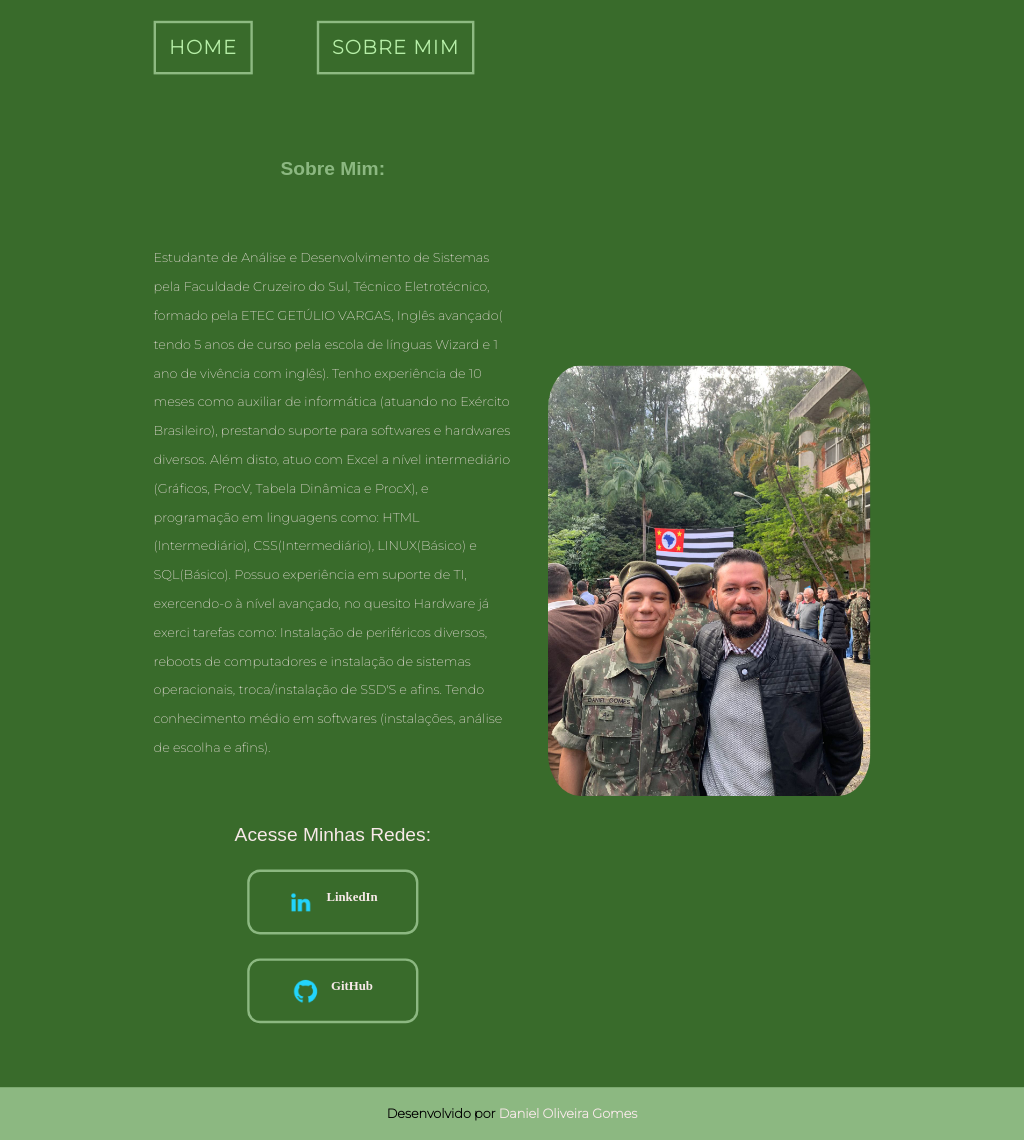
Repository: DamnDTX/Portfolio-Daniel-Oliveira-1
Page: about.html
The author's editor kept a copy of each file at every save. The page is drawn from the files as they stood at one save, then again after the next save.
The browser window is 1280 px wide. The pictures show the whole page, at 80% of full size.
Some web fonts or font styles are not loaded; a fallback is used.

Above is the page before, as saved 2023-07-24 17:25:40.

### about.html
<!DOCTYPE html>
<html lang="pt-br">
<head>
    <meta charset="UTF-8">
    <meta name="viewport" content="width=device-width, initial-scale=1.0">
    <title>Sobre Mim</title>
    <link rel="stylesheet" href="./styles/about.css">
    <!--Há duas formas de nós conseguirmos linkar o nosso arquivos css, a primeira forma nós já sabemos, que é utilizando o elemento link, mas podemos fazer de outra forma, que é escrevendo "link:" e puxar o caminho do css, prefiro a primeira forma, já que a velocidade de ação é a mesma-->
</head>
<body>
<header>
    <header class="cabecalho">
        <nav class="cabecalho__menu">
            <a class="cabecalho__menu__link" href="index.html">Home</a>
            <a class="cabecalho__menu__link" href="about.html">Sobre Mim</a>
        </nav>
</header>
<!--Copiamos o header da outra página html, temos que ver que tem coisas que queremos que continue igual, igual
    o header e as estilizações (posicionamento e afins, quando for assim, copiamos as propriedades da mesma forma
    , alterando só quando necessário)
-->
<main class="principal">
    <section class="principal__conteudo">
        <h1 class="principal__conteudo__titulo">
   <strong>Sobre Mim:</strong>
        </h1>

        <h4 class="principal__conteudo__apresentacao">
            Estudante de Análise e Desenvolvimento de Sistemas pela Faculdade Cruzeiro do Sul, Técnico Eletrotécnico, formado pela ETEC GETÚLIO VARGAS, Inglês avançado( tendo 5 anos de curso pela escola de línguas Wizard e 1 ano de vivência com inglês). Tenho experiência de 10 meses como auxiliar de informática (atuando no Exército Brasileiro), prestando suporte para softwares e hardwares diversos. Além disto, atuo com Excel a nível intermediário (Gráficos, ProcV, Tabela Dinâmica e ProcX), e programação em linguagens como: HTML (Intermediário), CSS(Intermediário), LINUX(Básico) e SQL(Básico). Possuo experiência em suporte de TI, exercendo-o à nível avançado, no quesito Hardware já exerci tarefas como: Instalação de periféricos diversos, reboots de computadores e instalação de sistemas operacionais, troca/instalação de SSD'S e afins. Tendo conhecimento médio em softwares (instalações, análise de escolha e afins).
        </h4>
        <div class="principal__links">
            <h2 class="principal__links__subtitulo">Acesse Minhas Redes:</h2>
        <a class="principal__link__social" target="_blank" href="https://www.linkedin.com/in/daniel-oliveira-gomes-3470511b6/">
                <img src="./assets/Logo linkedin.png" alt="linkeidn_logo">
            LinkedIn
                </a>
        <a class="principal__link__social" target="_blank" href="https://github.com/DamnDTX/">
          <img src="./assets/Logo Github.png" alt="github_logo">
          GitHub
        </a>
    </section>
    <img class="daniel" alt="minha_pessoa" src="./assets/Daniel milico.jpeg">
</main>

<footer class="rodape">
    <h4>Desenvolvido por <strong class="desenvolvedor">Daniel Oliveira Gomes</strong></h4>
</footer>
</body>
</html>

### styles/about.css
@import url('https://fonts.googleapis.com/css2?family=Abril+Fatface&family=Krona+One&family=Montserrat:wght@100;200&display=swap');
@import url('https://fonts.googleapis.com/css2?family=Abril+Fatface&family=Krona+One&family=Montserrat:wght@100&display=swap');

:root{
    --cor-dos-textos:#F8E9E9;
    --fonte-textos:'Montsserrat',sans-serif;
    --fonte-titulos:'Krona One', sans-serif;
}




*{
    margin: 0;
    padding: 0;
}

body{
    background-color:  #396B2B;
    color: var(--cor-dos-textos);
    height: 100vh;
    box-sizing: border-box;
}
 /*O 100vh serve quando temos poucos elementos na página, quando o body não alcança tudo (quando há poucos
 elementos), quando não for o caso de termos poucos elementos, tiramos-o, ou melhor, não os usamos  */
strong{
    color: #8CB881;
}

.cabecalho{
padding: 2% 0 0 15%;
}

.cabecalho__menu{display: flex;
gap: 80px;}

.cabecalho__menu__link{
    font-size:  1.5rem;
    font-family: 'Montserrat', sans-serif;
    font-style: normal;
    font-weight: 600;
    line-height: normal;
    color: #B6EEA7;
    text-decoration: none;
    text-transform: uppercase;
    letter-spacing: 0.1rem;
    border-style: solid;
    border-color: #8EBA82;
    padding: 1.5%;
    background-color: transparent;
}

.principal{display: flex;
align-items: center;
justify-content: space-between;
padding: 5% 15%;
gap: 40px;}



.principal__conteudo{
    width: 50%;
    height: 50%;
    display: flex;
    flex-direction: column;
    gap: 40px;
       }

.principal__conteudo__titulo{
    font-family: 'Krona One', sans-serif;
    font-size: 2.25;
    text-align: center;
    margin-top: 40px;

}



.principal__conteudo__apresentacao{
    font-family: 'Montserrat', sans-serif;
    display: flex;
    flex-direction: column;
    font-size:  1,5rem;
    font-style: normal;
    font-weight: 400;
    line-height: 36px;
    color: #F8E9E9;
    margin-top: 40px;
}

.daniel{
    height: 45%;
    width: 45%;
    border-radius: 10%;
    justify-content: center;
}

 .principal__links{
        justify-content: space-between;
        flex-direction:column;
        align-items: center;
        display: flex;
        width: 50% auto;
        padding: 16px;
        justify-content: center;
        align-items: center;
        gap: 20px;

        .principal__links__social:hover{
            background-color: #3843E0;
        }
 }
    .principal__links__subtitulo{
        font-family: 'Krona One', sans-serif;
        font-weight: 400;
        margin-top: 20px;
        }


    .principal__link__social{
        background-color: transparent;
        color: #F8E9E9;
        width: 50%;
        height: 32px;
        text-align: center;
        border-radius: 16px;
        font-size:  1,5rem;
        padding: 21.5px 0;
        text-decoration: none;
        font-weight: 600;
        border-style: solid;
        display: flex;
        justify-content: center;
        gap: 16px;
        margin-top: 10px;
        border-color: #8CB881;
    }

.logo{width: 28px;
    height: 28px;
    }

.rodape{font-size:  1,5rem;
    font-family: 'Montserrat', sans-serif;
    font-style: normal;
    font-weight: 400;
    line-height: 36px;
    background-color: #8CB881;
    text-align: center;
    color: black;
    padding: 15px;
    flex-shrink: 0;
}

    .desenvolvedor{color: #F8E9E9;}

    .cabecalho__menu__link:hover{
        background-color: #8EBA82;
        color: white;
    }


    @media (max-width:800px) {
        .cabecalho {
            padding: 10%;
        }

        .cabecalho__menu{
            justify-content: center;
        }

        .principal {
            flex-direction: column-reverse;
            padding: 5% 5%;
        }

        .principal__conteudo{
            width: auto;
        }

        .daniel{
            width: 50%;
            height: 50%;
        }

    }

After the next save:
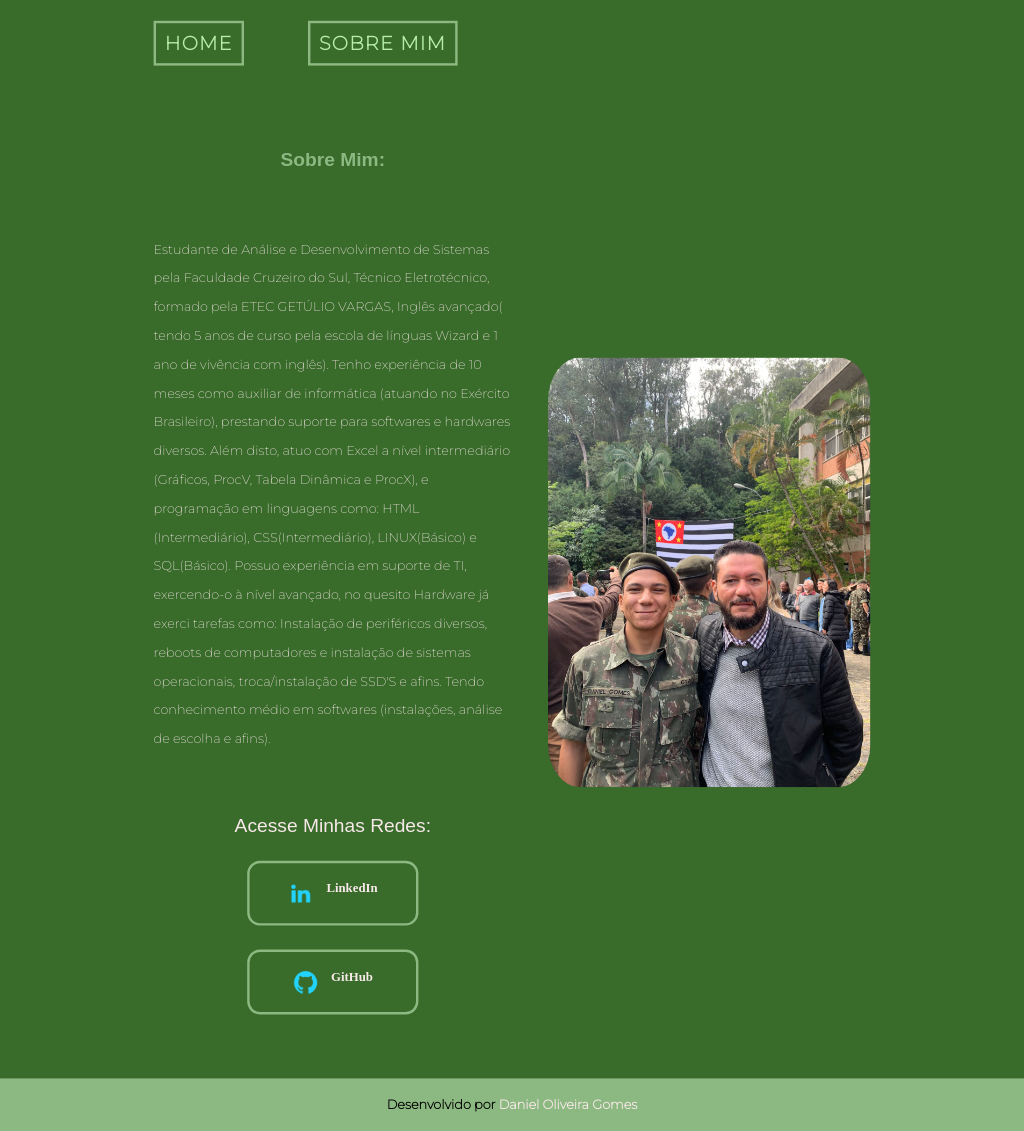
Saved 9 s later.
--- a/styles/about.css
+++ b/styles/about.css
@@ -46,7 +46,7 @@ gap: 80px;}
     letter-spacing: 0.1rem;
     border-style: solid;
     border-color: #8EBA82;
-    padding: 1.5%;
+    padding: 1%;
     background-color: transparent;
 }
 
